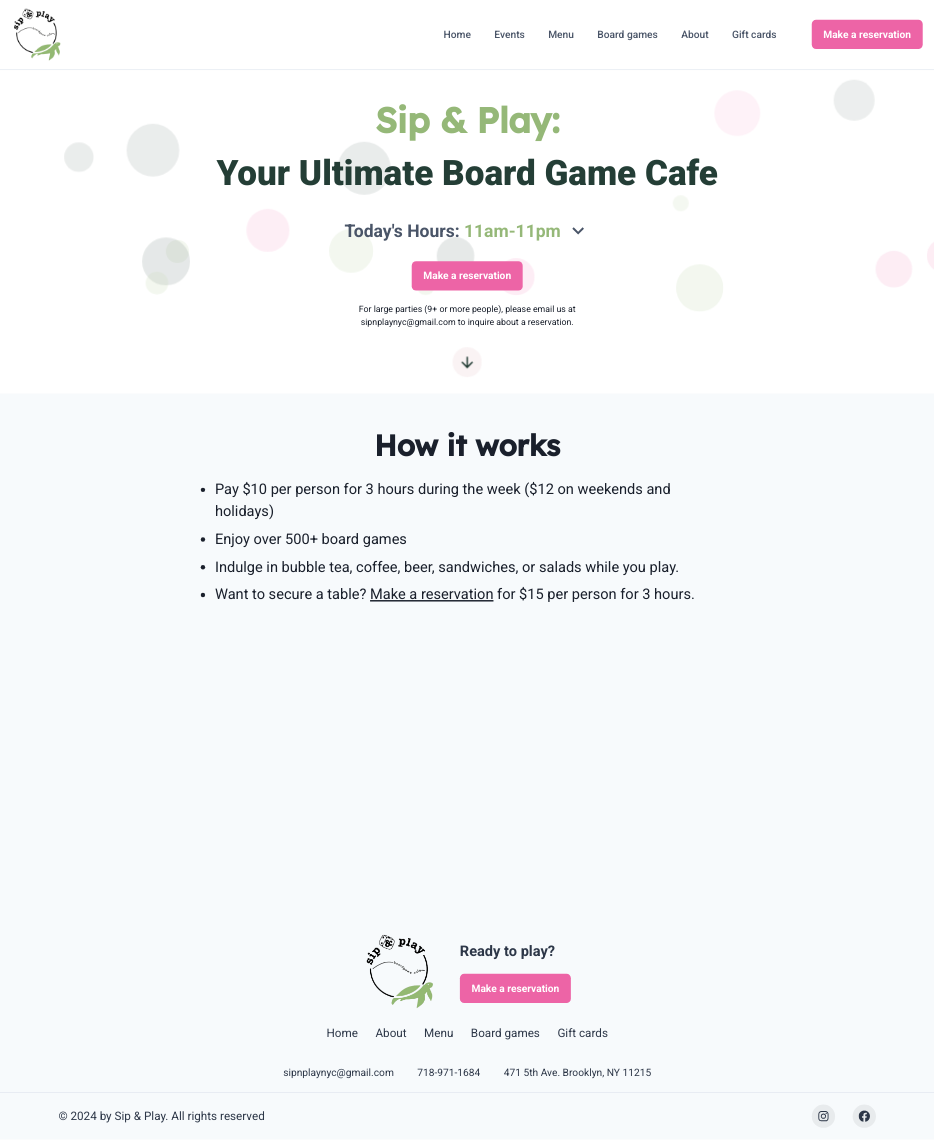
Repository: natespinetti/codedexsummerhackathon
Page: /
The author's editor kept a copy of each file at every save. The page is drawn from the files as they stood at one save, then again after the next save.
The browser window is 1280 px wide. The pictures show the whole page, at 73% of full size.
The project was rebuilt for these pictures with package versions that can differ from the ones it lists, and the page was loaded fresh each time. The framework's server and built-in components were replaced by stand-ins that run in the browser. Also part of the build but not shown: next.config.mjs.

Above is the page before, as saved 2024-07-11 17:21:32.

After the next save:
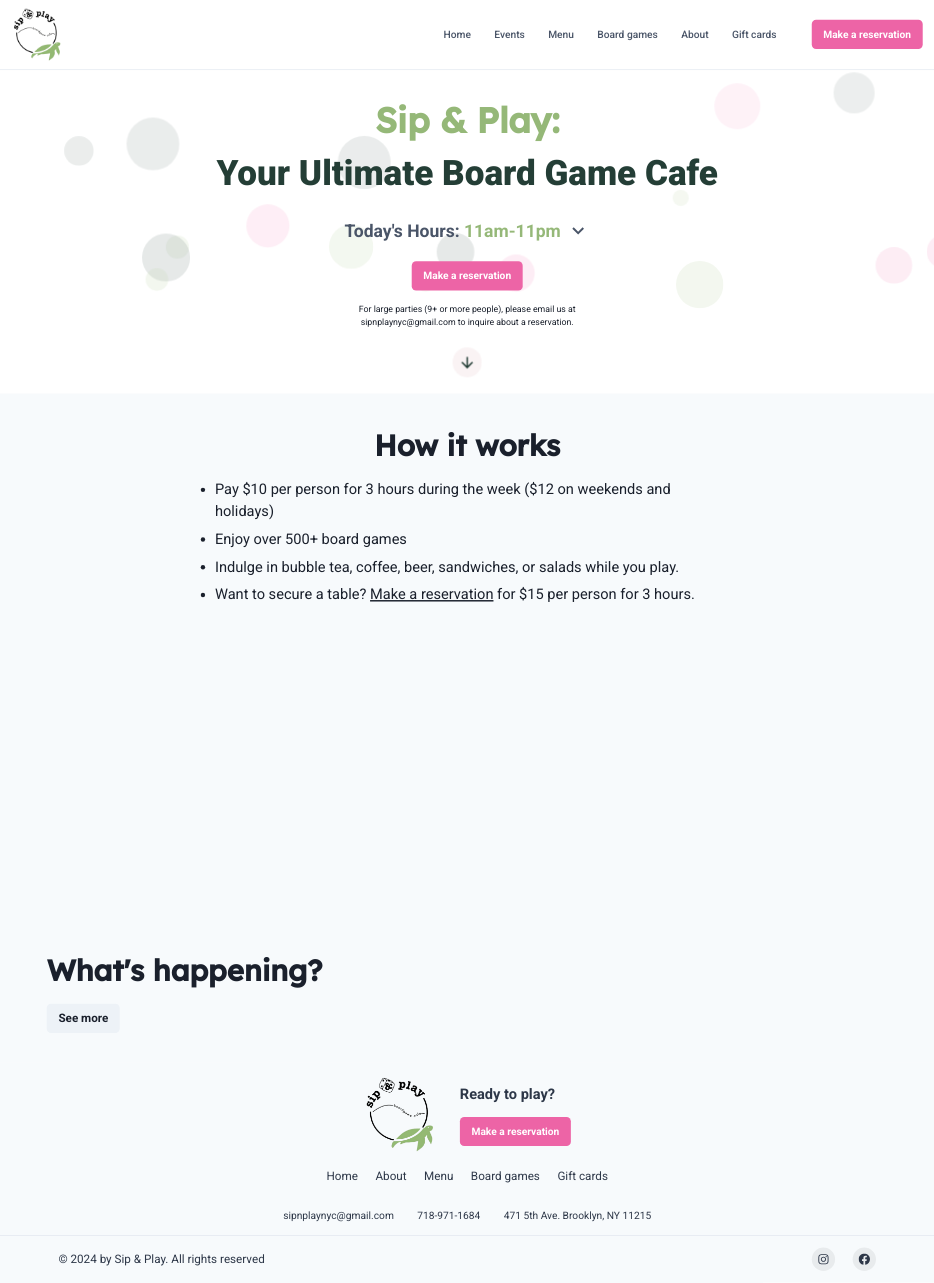
Saved 7 min 41 s later.
--- a/app/page.tsx
+++ b/app/page.tsx
@@ -19,6 +19,25 @@
     <>
       <HomeHero />
       <HowItWorks />
+      <Box bg="var(--chakra-colors-gray-50)">
+        <Box maxW="90%" m="auto" p="2.5rem 0">
+          <Box>
+            <Text
+              as="h2"
+              fontSize="2.5rem"
+              fontFamily="heading"
+              fontWeight={700}
+              textAlign="left"
+              mb="1rem"
+            >
+              What's happening?
+            </Text>
+            <Button as="a" href="/">
+              See more
+            </Button>
+          </Box>
+        </Box>
+      </Box>
     </>
   );
 }
